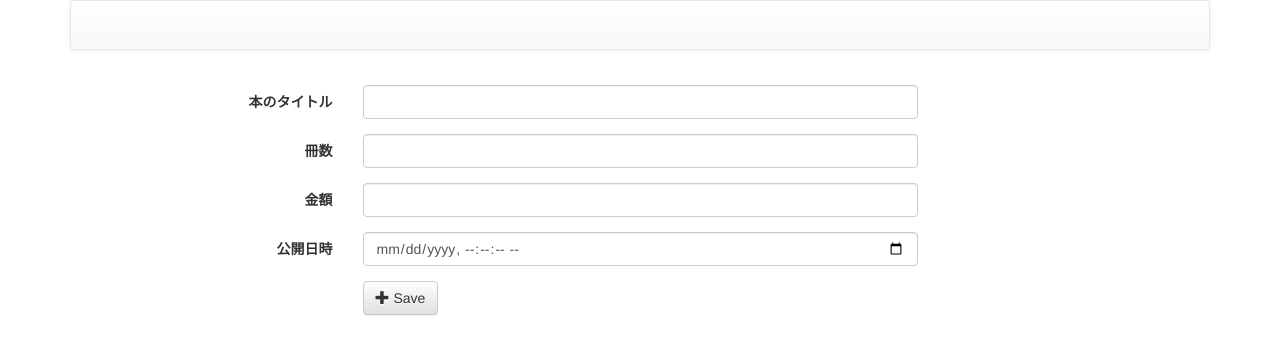
Repository: shoji-takuro/laravel01
Page: http://localhost/
The author's editor kept a record of every edit. The page is drawn from the files as they stood at one moment, then again after the next edit.
The browser window is 1280 px wide. The pictures show the whole page.
The page is served by the project's Laravel application, run on PHP 8.4 with Laravel 8. Other server files are loaded and not shown. Queries for data that is not in the repository find no rows.

Above is the page before.
Console error (its wording comes from the project's code and is left out).

### workspace/cms/routes/web.php
<?php
/*
|--------------------------------------------------------------------------
| Web Routes
|--------------------------------------------------------------------------
|
| Here is where you can register web routes for your application. These
| routes are loaded by the RouteServiceProvider within a group which
| contains the "web" middleware group. Now create something great!
|
*/
use App\Book;
use Illuminate\Http\Request;

/**
* 本のダッシュボード表示 */
Route::get('/', function () {
    $books = Book::orderBy('created_at', 'asc')->get();
    return view('books', [
        'books' => $books
    ]);
});

/**
* 新「本」を追加 */
Route::post('/books', function (Request $request) {
    //バリデーション
    $validator = Validator::make($request->all(), [
            //課題1のバリデーションの設定
            'item_name' => 'required|min:3|max:255',
            'item_number' => 'required|min:1|max:3',
            'item_amount' => 'required|max:6',
            'published' => 'required',
    ]);
    //バリデーション:エラー
    if ($validator->fails()) {
            return redirect('/')
                ->withInput()
                ->withErrors($validator);
    }
    // Eloquent モデル
    $books = new Book;
    $books->item_name = $request->item_name;
    //　課題1の入力フォーム追加分のデータ登録
    $books->item_number = $request->item_number;
    $books->item_amount = $request->item_amount;
    $books->published = $request->published;
    $books->save();   //「/」ルートにリダイレクト
    return redirect('/');
});

/**
* 本の詳細画面（課題2） */
Route::post('/detail/{book}', function (Book $book) {
    return view('detail',['book' => $book]);
});


/**
* 本を削除 */
Route::post('/book/delete/{book}', function (Book $book) {
    $book->delete();
    return redirect('/');
});



?>

### workspace/cms/resources/views/books.blade.php
<!-- resources/views/books.blade.php -->

@extends('layouts.app')

@section('content')


    <div class="panel-body container">
        <!-- バリデーションエラーの表示に使用-->
        @include('common.errors')
        <!-- バリデーションエラーの表示に使用-->

        <!-- 本登録フォーム -->
        <form action="{{ url('books') }}" method="POST" class="form-horizontal">
            {{ csrf_field() }}

            <!-- 本のタイトル -->
            <div class="form-group">
                <label for="book-name" class="col-sm-3 control-label">本のタイトル</label>

                <div class="col-sm-6">
                    <input type="text" name="item_name" id="book-name" class="form-control">
                </div>
            </div>

            <!-- 課題1の入力フォーム追加 -->
            <!-- 本の数 -->
            <div class="form-group">
                <label for="book-number" class="col-sm-3 control-label">冊数</label>

                <div class="col-sm-6">
                    <input type="text" name="item_number" id="book-number" class="form-control">
                </div>
            </div>

            <!-- 本の金額 -->
            <div class="form-group">
                <label for="book-amount" class="col-sm-3 control-label">金額</label>

                <div class="col-sm-6">
                    <input type="text" name="item_amount" id="book-amount" class="form-control">
                </div>
            </div>

            <!-- 本の公開日 -->
            <div class="form-group">
                <label for="published" class="col-sm-3 control-label">公開日時</label>

                <div class="col-sm-6">
                    <input type="datetime-local" name="published" id="published" class="form-control" step="1">
                </div>
            </div>

            <!-- 本 登録ボタン -->
            <div class="form-group">
                <div class="col-sm-offset-3 col-sm-6">
                    <button type="submit" class="btn btn-default">
                        <i class="glyphicon glyphicon-plus"></i> Save
                    </button>
                </div>
            </div>
        </form>


         <!-- 現在 本 -->
         @if (count($books) > 0)
            <div class="panel panel-default">
                <div class="panel-heading">
                    現在の本
                </div>
                <div class="panel-body">
                <table class="table table-striped task-table">
                    <!-- テーブルヘッダ -->
                    <thead>
                        <th>本一覧</th>
                        <th>&nbsp;</th>
                    </thead>
                    <!-- テーブル本体 -->
                    <tbody>
                         @foreach ($books as $book)
                            <tr>
                                <!-- 本タイトル -->
                                <td class="table-text">
                                    <div>{{ $book->item_name }}</div>
                                </td>

                                <!-- 課題1の入力フォーム追加分のデータ表示 -->
                                <!-- 本数 -->
                                <td class="table-text">
                                    <div>{{ $book->item_number }}</div>
                                </td>

                                <!-- 本金額 -->
                                <td class="table-text">
                                    <div>{{ $book->item_amount }}</div>
                                </td>

                                <!-- 本公開日時 -->
                                <td class="table-text">
                                    <div>{{ $book->published }}</div>
                                </td>

                                <!-- 本: 更新ボタン -->
                                <td>
                                    <form action="{{ url('update/'.$book->id) }}" method="POST">

                                        {{ csrf_field() }}

                                        <button type="submit" class="btn btn-success"> <i class="glyphicon glyphicon-refresh"></i>
                                            更新
                                        </button>
                                    </form>
                                </td>

                                <!-- 本: 削除ボタン -->
                                <td>
                                    <form action="{{ url('book/delete/'.$book->id) }}" method="POST">

                                        {{ csrf_field() }}

                                        <button type="submit" class="btn btn-danger"> <i class="glyphicon glyphicon-trash"></i>
                                            削除
                                        </button>
                                    </form>
                                </td>

                            </tr>
                         @endforeach
                    </tbody>
                </table>
            </div>
        </div>
    @endif
    <!--  ook: 既に登録されてる本 リスト -->

    </div>
@endsection

### workspace/cms/resources/views/common/errors.blade.php
<!-- resources/views/common/errors.blade.php -->

@if (count($errors) > 0)
    <!-- Form Error List -->
    <div class="alert alert-danger">
        <div><strong>入力した文字を修正してください。</strong></div>
        <div>
            <ul>
            @foreach ($errors->all() as $error)
                <li>{{ $error }}</li>
            @endforeach
            </ul>
        </div>
    </div>
@endif

### workspace/cms/resources/views/layouts/app.blade.php
<!-- resources/views/layouts/app.blade.php -->

<!DOCTYPE html>
<html lang="ja">
    <head>
        <title>Book List</title>
        <!-- Latest compiled and minified CSS -->
        <link rel="stylesheet" href="https://maxcdn.bootstrapcdn.com/bootstrap/3.3.7/css/bootstrap.min.css" integrity="sha384-BVYiiSIFeK1dGmJRAkycuHAHRg32OmUcww7on3RYdg4Va+PmSTsz/K68vbdEjh4u" crossorigin="anonymous">

        <!-- Optional theme -->
        <link rel="stylesheet" href="https://maxcdn.bootstrapcdn.com/bootstrap/3.3.7/css/bootstrap-theme.min.css" integrity="sha384-rHyoN1iRsVXV4nD0JutlnGaslCJuC7uwjduW9SVrLvRYooPp2bWYgmgJQIXwl/Sp" crossorigin="anonymous">

        <!-- Latest compiled and minified JavaScript -->
        <script src="https://maxcdn.bootstrapcdn.com/bootstrap/3.3.7/js/bootstrap.min.js" integrity="sha384-Tc5IQib027qvyjSMfHjOMaLkfuWVxZxUPnCJA7l2mCWNIpG9mGCD8wGNIcPD7Txa" crossorigin="anonymous"></script>
    </head>

    <body>
        <div class="container">
            <nav class="navbar navbar-default">
            <!-- ナビバーの内容 -->
            </nav>
        </div>

        @yield('content')
    </body>
</html>

Loaded but not shown: workspace/cms/app/Book.php (common file)

After the next edit:
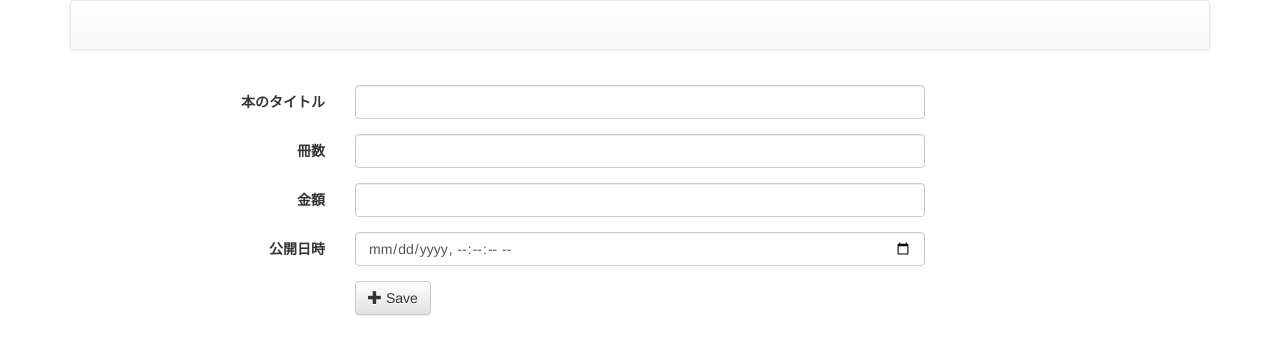
The edit:
--- a/workspace/cms/resources/views/books.blade.php
+++ b/workspace/cms/resources/views/books.blade.php
@@ -6,6 +6,7 @@
 
 
     <div class="panel-body container">
+        <div class="row">
         <!-- バリデーションエラーの表示に使用-->
         @include('common.errors')
         <!-- バリデーションエラーの表示に使用-->
